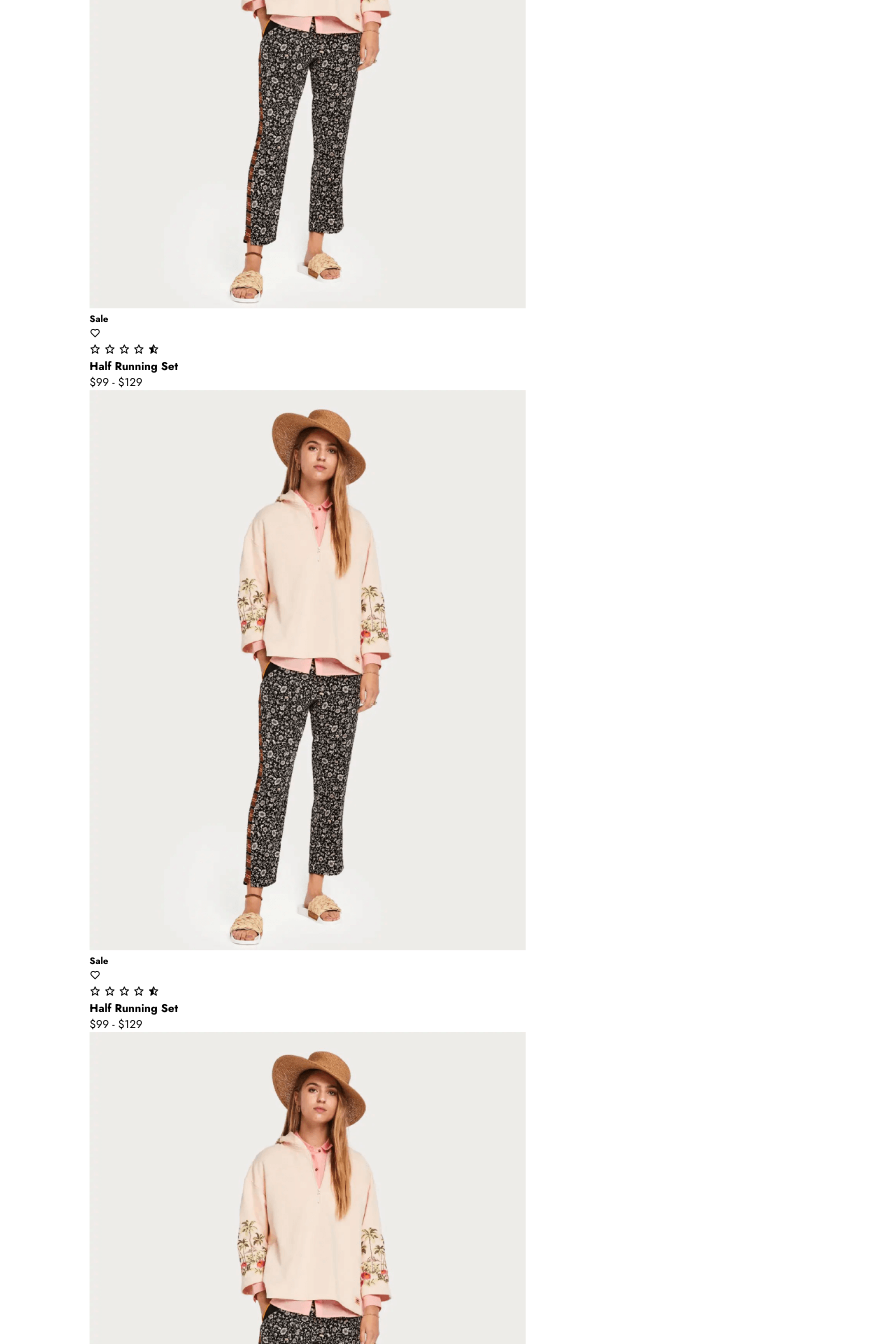
Repository: isaacCodes1/Kumo-Website.
Page: index.html
These files come from the project's save history. The page is drawn as it stood at one moment and after the next save; the edit follows.
The browser window is 1280 px wide. The pictures show the part of the page from y = 2096 to 4016 px (the page is 9136 px tall), at 70% of full size.

Above is the page before, as saved 2024-03-22 13:25:46.

After the next save:
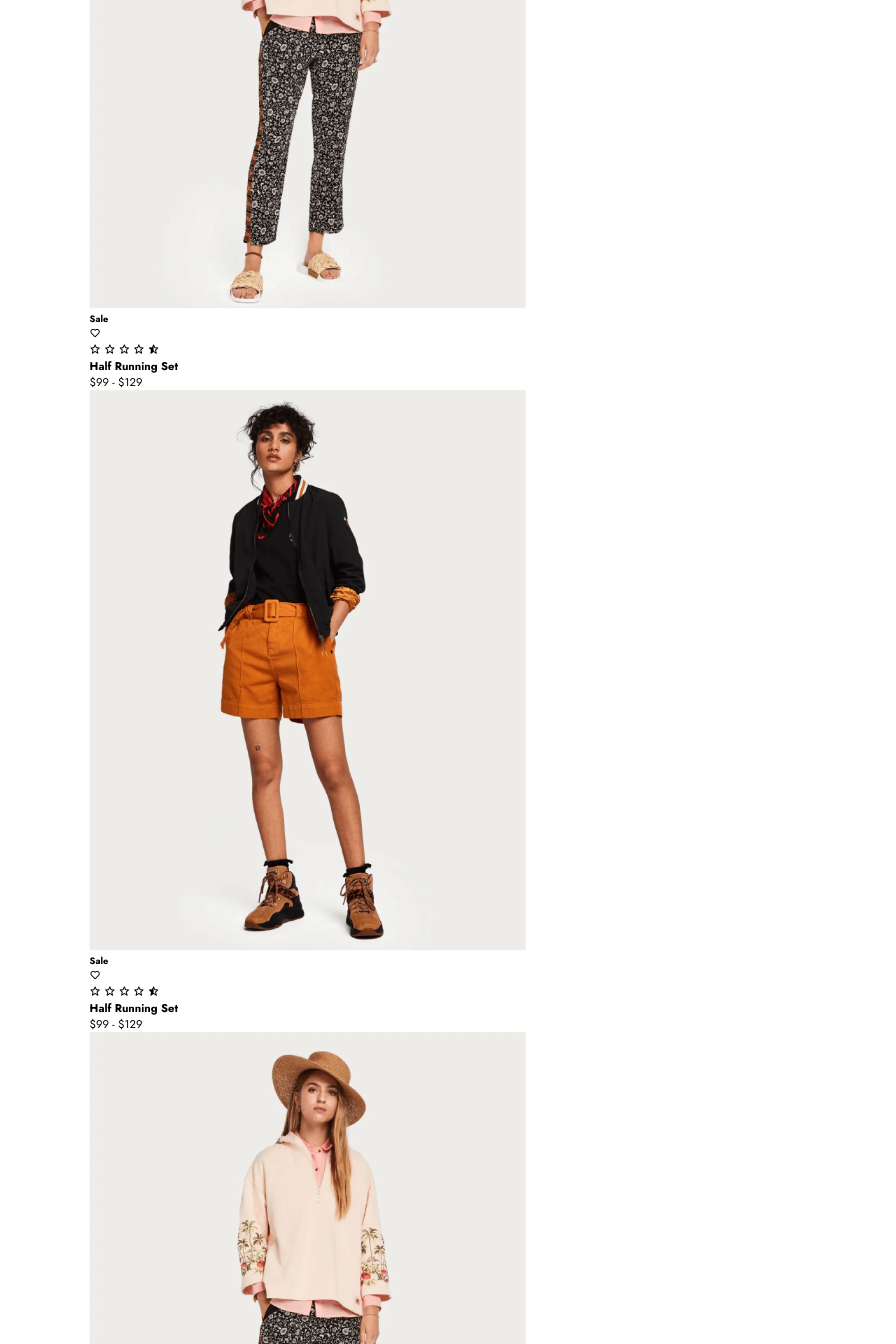
Saved 23 s later.
--- a/index.html
+++ b/index.html
@@ -106,7 +106,7 @@
                     </div>
                 </div>
                 <div class="row">
-                    <img src="/Assets/1.jpg" alt="">
+                    <img src="/Assets/2.jpg" alt="">
                     <div class="product-text">
                         <h5>Sale</h5>
                     </div>
